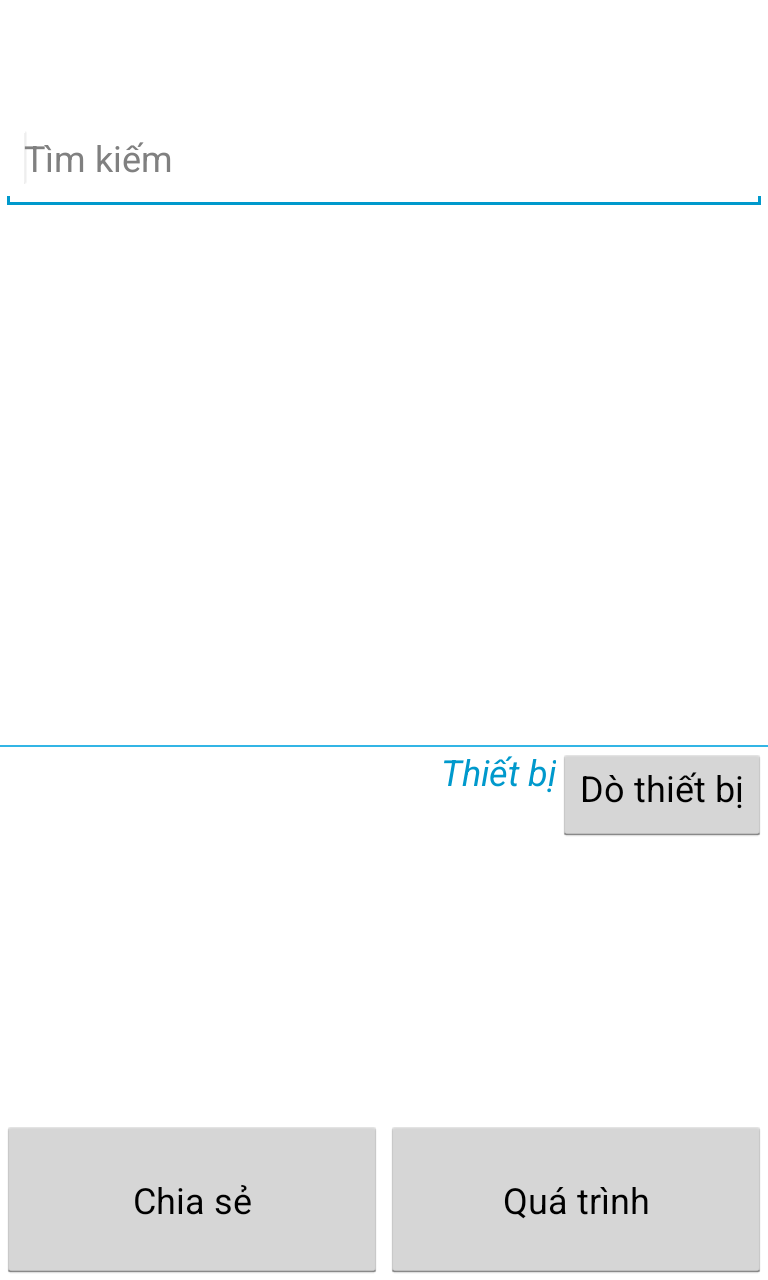
Repository: thinhnk55/android-appshare
Layout: ShareApp/res/layout/activity_main.xml
These files come from the project's save history. The layout is drawn as it stood at one moment and after the next save; the edit follows.
It is drawn on a 768 x 1280 px phone screen (xhdpi) without system bars, with theme AppTheme; the app's code is not run.

Above is the layout before, as saved 2014-07-17 15:42:03.

After the next save:
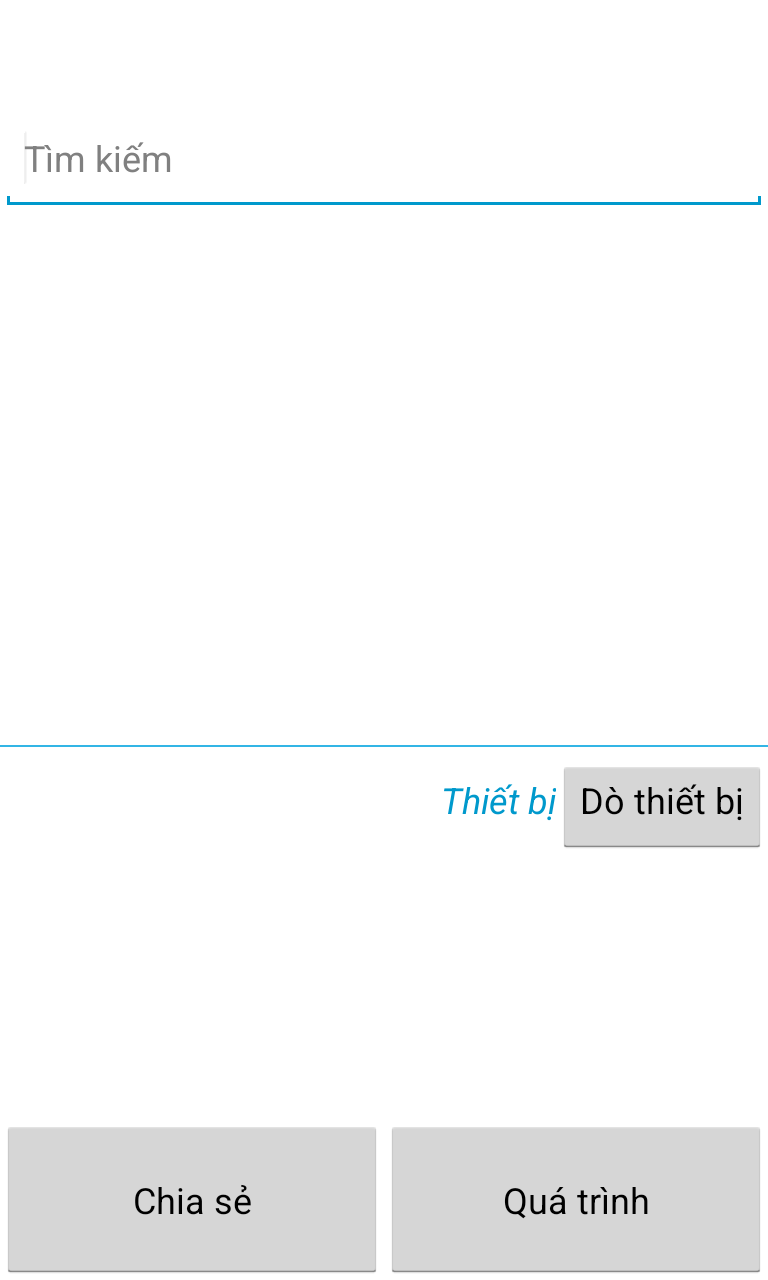
Saved 6 s later.
--- a/ShareApp/res/layout/activity_main.xml
+++ b/ShareApp/res/layout/activity_main.xml
@@ -61,7 +61,6 @@
                     android:layout_height="match_parent"
                     android:layout_marginLeft="10dp"
                     android:gravity="center"
-                    android:gravity="left"
                     android:text="@string/device"
                     android:textAppearance="?android:attr/textAppearanceMedium"
                     android:textColor="@android:color/holo_blue_dark"
